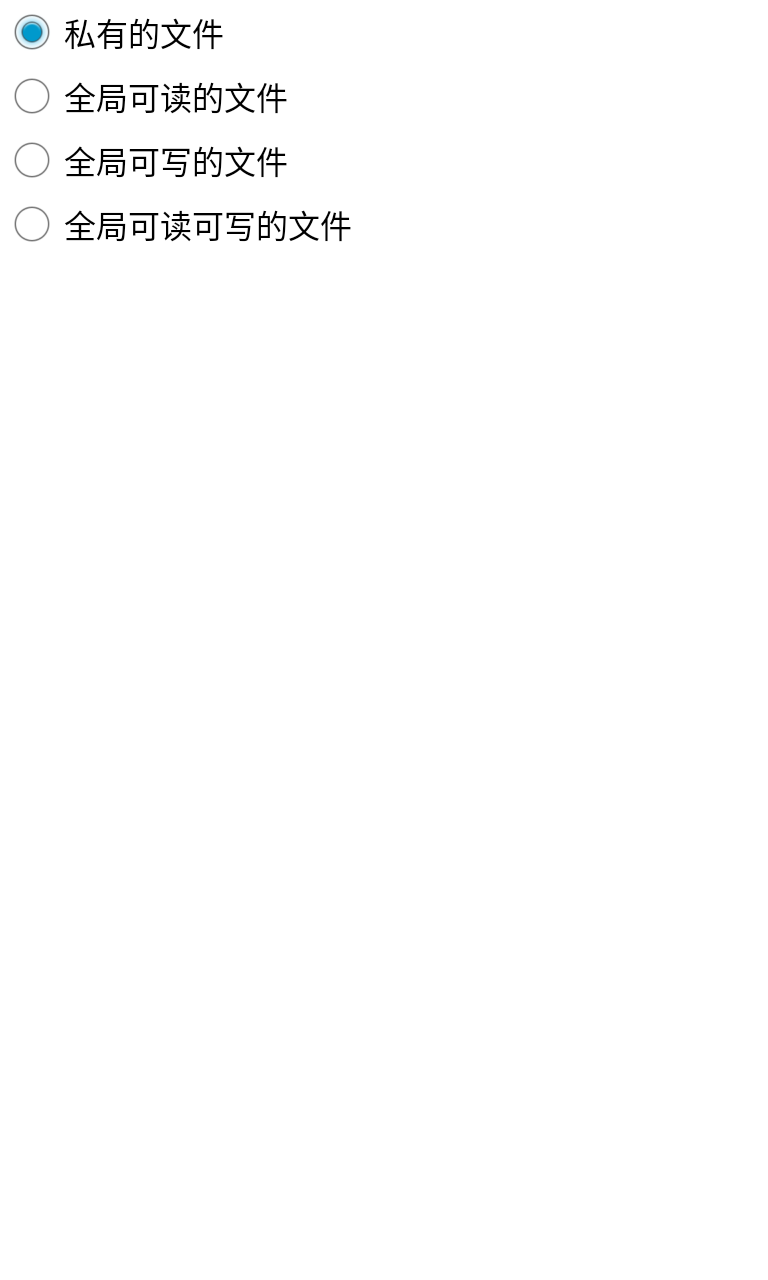
Repository: qq839924354/day01
Layout: day02/code/TestMode/res/layout/activity_main.xml
An editor plug-in stored every save of this project. The layout is shown before and after the next save, followed by the edit.
It is drawn on a 768 x 1280 px phone screen (xhdpi) without system bars, with theme AppTheme; the app's code is not run.

Above is the layout before, as saved 2013-03-01 08:17:33.

After the next save:
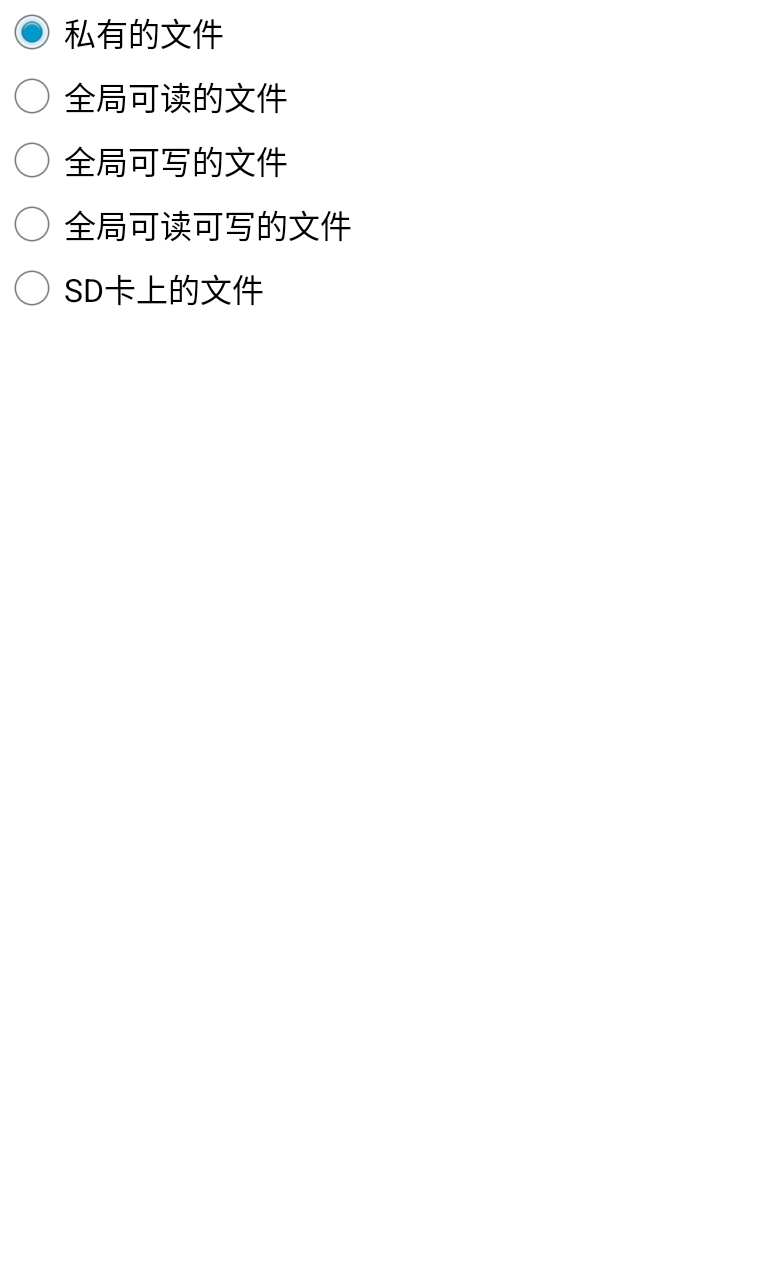
Saved 10 s later.
--- a/day02/code/TestMode/res/layout/activity_main.xml
+++ b/day02/code/TestMode/res/layout/activity_main.xml
@@ -29,11 +29,17 @@
             android:layout_height="wrap_content"
             android:text="全局可写的文件" />
 
-                <RadioButton
+        <RadioButton
             android:id="@+id/radio2"
             android:layout_width="wrap_content"
             android:layout_height="wrap_content"
             android:text="全局可读可写的文件" />
+
+        <RadioButton
+            android:id="@+id/radio2"
+            android:layout_width="wrap_content"
+            android:layout_height="wrap_content"
+            android:text="SD卡上的文件" />
     </RadioGroup>
 
 </LinearLayout>
